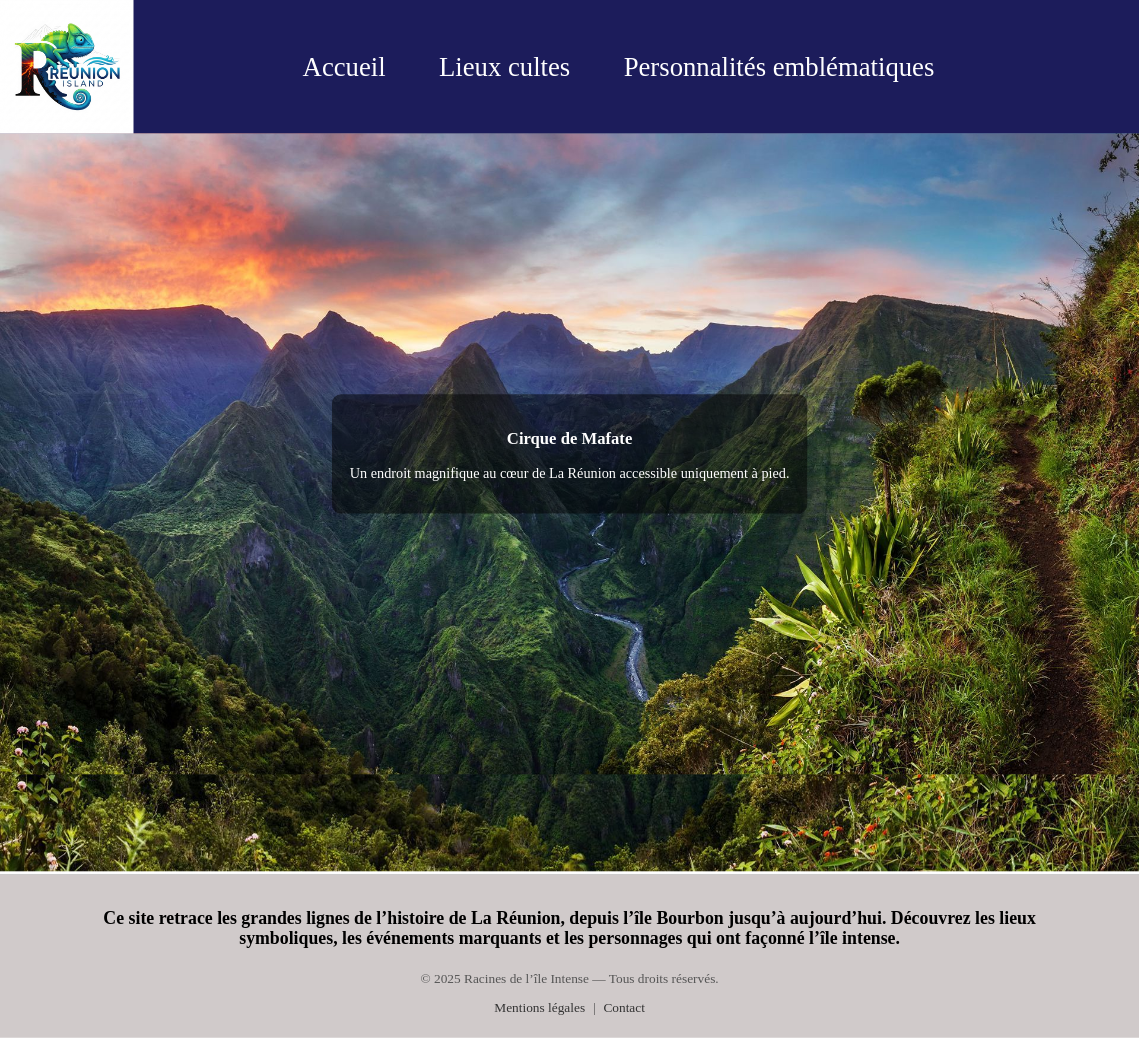
Repository: racinesintense974/Racines-de-lile-intense
Page: mafate.html
The author's editor kept a copy of each file at every save. The page is drawn from the files as they stood at one save, then again after the next save.
The browser window is 1280 px wide. The pictures show the whole page, at 89% of full size.

Above is the page before, as saved 2026-02-19 16:22:11.

After the next save:
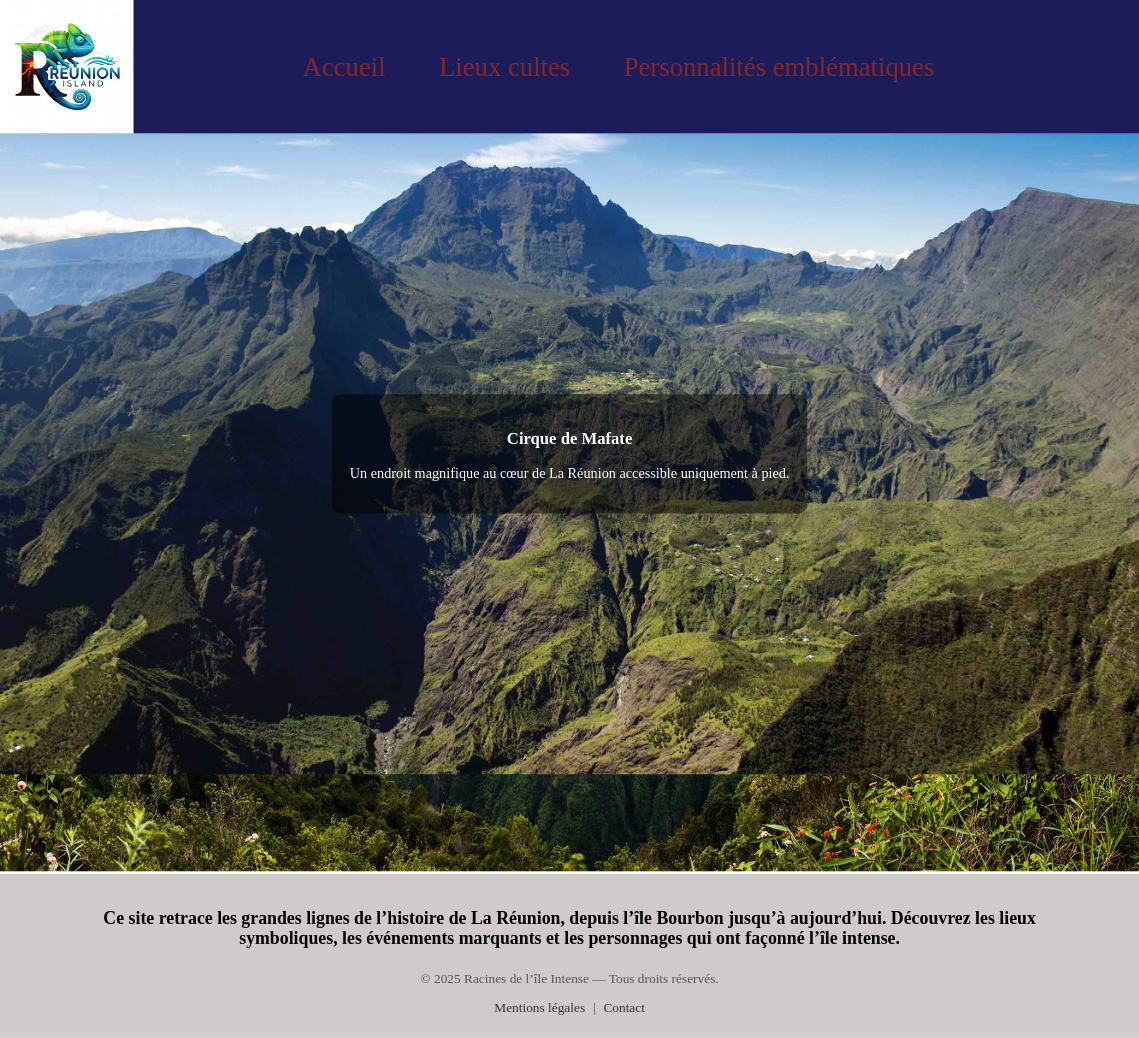
Saved 100 s later.
--- a/css/mafate.css
+++ b/css/mafate.css
@@ -81,7 +81,7 @@
 
 .mafate-hero {
   height: 100vh;
-  background-image: url("image/point-de-vue-mafate-frog_974.jpg");
+  background-image: url("images/mafate.jpg");
   background-size: cover;
   background-position: center;
   display: flex;
@@ -155,7 +155,7 @@
 
 nav.nav ul.menu a {
     text-decoration: none;
-    color: white;
+    color: rgb(136, 38, 38);
     font-size: 30px;
     padding: 10px;
 }
